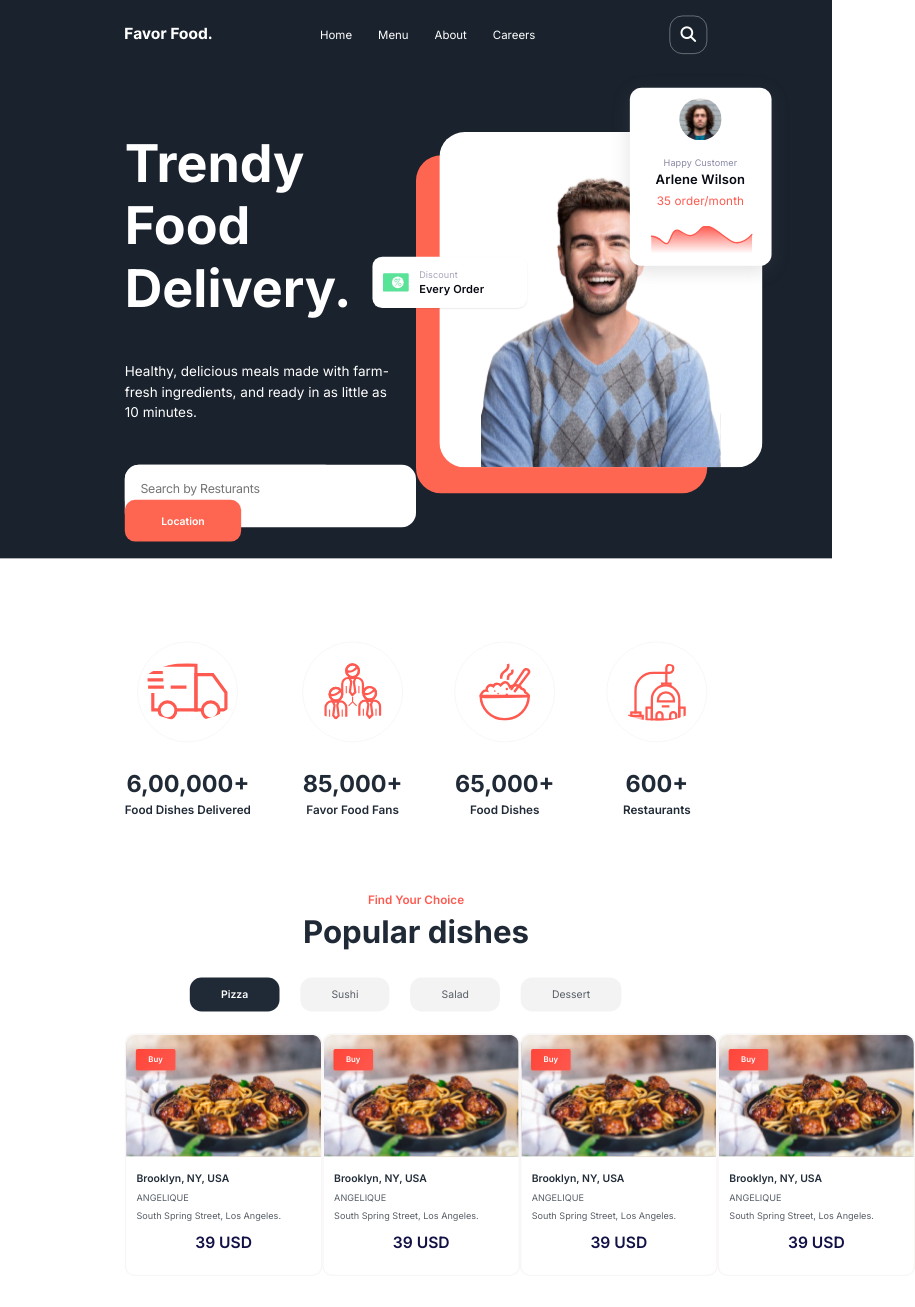
Repository: badhon252/favor-food
Page: index.html
An editor plug-in stored every save of this project. The page is shown before and after the next save, followed by the edit.
The browser window is 1280 px wide. The page is 1408 px wide, then 1280 px, so the pictures cover 1408 px, including what lies to the right of the window. The pictures show the whole page, at 65% of full size.
The style sheet was rebuilt from its Sass, Less or Tailwind sources for each picture, by a compiler version that may differ from the author's.

Above is the page before, as saved 2022-09-12 18:33:59.

### index.html
<!DOCTYPE html>
<html lang="en">

<head>
    <meta charset="UTF-8">
    <meta http-equiv="X-UA-Compatible" content="IE=edge">
    <meta name="viewport" content="width=device-width, initial-scale=1.0">
    <!-- fontawesome cdn link  -->
    <link rel="stylesheet" href="https://cdnjs.cloudflare.com/ajax/libs/font-awesome/6.2.0/css/all.min.css">
    <!-- custom css  -->
    <link rel="stylesheet" href="scss/style.css">

    <title>Favor-Food</title>
</head>

<body>
    <header class="">
        <div class="container">

            <nav>
                <div class="navbar-brand">
                    <img src="./images/logo.svg" alt="">
                </div>
                <ul class="nav">
                    <li><a href="">Home</a></li>
                    <li><a href="">Menu</a></li>
                    <li><a href="">About</a></li>
                    <li><a href="">Careers</a></li>
                </ul>

                <div class="search-icon">
                    <i class="fa-solid fa-magnifying-glass"></i>
                </div>
            </nav>

            <div class="header-content my-2">
                <div class="row">


                    <div class="col-md-6">
                        <h1>Trendy Food <br> Delivery.</h1>
                        <p class="my-5">Healthy, delicious meals made with farm- <br> fresh ingredients, and ready in as
                            little as <br>
                            10 minutes.
                        </p>
                        <form action="">
                            <input type="text" id="location" placeholder="Search by Resturants">
                            <label for="location">Location</label>
                        </form>
                    </div>
                    <div class="col-md-6">
                        <div class="card my-3">

                            <img src="./images/image 624.svg" class="header-main-img" alt="">

                            <div class="discount-card">
                                <img src="./images/Group 4347.svg" alt="">
                                <div class="discount">
                                    <h4>Discount</h4>
                                    <h2>Every Order</h2>
                                </div>
                            </div>
                            <div class="profile-card">
                                <img src="./images/Group 2738.svg" alt="">
                                <h4>Happy Customer</h4>
                                <h3>Arlene Wilson</h3>
                                <h2>35 order/month</h2>
                                <img src="./images/Group 2811.svg" alt="">
                            </div>
                        </div>
                    </div>
                </div>
            </div>
        </div>
    </header>

    <div class="second-section">
        <div class="row container">
            <div class="col-md-3">
                <img src="./images/Group 4321.svg" alt="" class="my-2 py-2">
                <h2>6,00,000+</h2>
                <h3>Food Dishes Delivered</h3>
            </div>
            <div class="col-md-3">
                <img src="./images/Group 4328.svg" alt="" class="my-2 py-2">
                <h2>85,000+</h2>
                <h3>Favor Food Fans</h3>
            </div>
            <div class="col-md-3">
                <img src="./images/Group 4323.svg" alt="" class="my-2 py-2">
                <h2>65,000+</h2>
                <h3>Food Dishes</h3>
            </div>
            <div class="col-md-3">
                <img src="./images/Group 4324.svg" alt="" class="my-2 py-2">
                <h2>600+</h2>
                <h3>Restaurants</h3>
            </div>
        </div>
    </div>

    <section class="third-section container">
        <h3>Find Your Choice</h3>
        <h2>Popular dishes</h2>
        <nav class="my-3">
            <ul>
                <li><a href="" class="active-btn btn">Pizza</a></li>
                <li><a href="" class="btn">Sushi</a></li>
                <li><a href="" class="btn">Salad</a></li>
                <li><a href="" class="btn">Dessert</a></li>
            </ul>
        </nav>

        <div class="food-items">
            <div class="row">

                <div class="col-md-4 card">
                    <div class="card-header">
                        <img src="./images/Rectangle 3.svg" alt="">
                        <div class="card-tag btn">Buy</div>
                    </div>
                    <div class="card-body">
                        <h4>Brooklyn, NY, USA</h4>
                        <h5>ANGELIQUE</h5>
                        <h6>South Spring Street, Los Angeles.</h6>
                        <span class="price">39 USD</span>
                    </div>
                </div>

                <div class="col-md-4 card">
                    <div class="card-header">
                        <img src="./images/Rectangle 3.svg" alt="">
                        <div class="card-tag btn">Buy</div>
                    </div>
                    <div class="card-body">
                        <h4>Brooklyn, NY, USA</h4>
                        <h5>ANGELIQUE</h5>
                        <h6>South Spring Street, Los Angeles.</h6>
                        <span class="price">39 USD</span>
                    </div>
                </div>

                <div class="col-md-4 card">
                    <div class="card-header">
                        <img src="./images/Rectangle 3.svg" alt="">
                        <div class="card-tag btn">Buy</div>
                    </div>
                    <div class="card-body">
                        <h4>Brooklyn, NY, USA</h4>
                        <h5>ANGELIQUE</h5>
                        <h6>South Spring Street, Los Angeles.</h6>
                        <span class="price">39 USD</span>
                    </div>
                </div>

                <div class="col-md-4 card">
                    <div class="card-header">
                        <img src="./images/Rectangle 3.svg" alt="">
                        <div class="card-tag btn">Buy</div>
                    </div>
                    <div class="card-body">
                        <h4>Brooklyn, NY, USA</h4>
                        <h5>ANGELIQUE</h5>
                        <h6>South Spring Street, Los Angeles.</h6>
                        <span class="price">39 USD</span>
                    </div>
                </div>

            </div>
        </div>
    </section>
</body>

</html>

### scss/style.scss
@import url("https://fonts.googleapis.com/css2?family=Inter:wght@400;600;700;800;900&display=swap");
* {
  margin: 0%;
  padding: 0;
  box-sizing: border-box;
  font-family: "Inter", sans-serif;
}

.container {
  margin: 0 12rem;
}
.row {
  display: flex;
  align-items: center;
  justify-content: space-between;
  max-width: 100%;
  .col-md-6 {
    max-width: 50%;
  }
}
h1 {
  font-weight: 700;
  font-size: 5rem;
  line-height: 96px;
}
.my-2 {
  margin: 2rem 0;
}
.my-3 {
  margin: 3rem 0;
}
.my-4 {
  margin: 4rem 0;
}
.my-5 {
  margin: 5rem 0;
}
.my-5 {
  margin: 5rem 0;
}
.my-6 {
  margin: 6rem 0;
}
.btn {
  outline: none;
  border: none;
  padding: 15px 30px;
}
.py-1 {
  padding: 1rem 0;
}
.py-2 {
  padding: 2rem 0;
}
.py-3 {
  padding: 3rem 0;
}
.py-4 {
  padding: 4rem 0;
}
//==========
//=========
// =======
header {
  background-color: #1a222d;
  color: #fff;
  nav {
    display: flex;
    justify-content: space-between;
    align-items: center;
    padding: 1.5rem 0;
    ul {
      display: flex;
      li {
        list-style-type: none;
        a {
          text-decoration: none;
          color: #fff;
          margin-right: 2.5rem;
          font-size: 1.1rem;
          font-weight: 500;
        }
      }
    }

    .search-icon {
      color: #fff;
      border: 1px solid rgba(255, 255, 255, 0.521);
      border-radius: 50%;
      padding: 1rem;
      border-radius: 20px;
      cursor: pointer;
      &:hover {
        opacity: 1;
      }
      i {
        font-size: 1.5rem;
      }
    }
  }

  .header-content {
    min-height: 80vh;
    padding: 3rem 0;
    h1 {
      margin: 1rem 0;
    }
    p {
      font-size: 1.3rem;
      font-weight: 500;
      margin: 4rem 0;
      line-height: 32px;
    }
    form {
      display: inline-block;
      border-radius: 22px;
      background: #ffffff;
      input {
        padding: 1.5rem;
        font-size: 19px;
        line-height: 28px;
        letter-spacing: -0.02em;
        outline: none;
        border: none;
        color: #b1b1b1;
        border-radius: 22px;
      }
      label {
        background: #ff6652;
        border-radius: 16px;
        padding: 1.4rem 3.5rem;
        margin-right: 0.6rem;
        cursor: pointer;
        font-weight: 600;
      }
    }

    .card {
      background: #ff6652;
      border-radius: 39px;
      // padding: 0 4rem;
      position: relative;
      .header-main-img {
        background-color: #fff;
        padding: 0 4rem;
        border-radius: 39px;
        position: relative;
        margin-left: 8%;
        margin-bottom: 8%;
        margin-top: -8%;
        transition: 0.4s;
        &:hover {
          margin-top: 0%;
          margin-left: 0%;
          margin-bottom: 0%;
        }

        // padding-left: 3rem;
        // &:hover {
        //   margin: -2rem -2rem auto auto;
        // }
      }

      .discount-card {
        position: absolute;
        top: 30%;
        left: -15%;
        background-color: #fff;
        color: #000;
        padding: 1rem;
        display: flex;
        border-radius: 15px;
        width: 238px;
        box-shadow: rgba(0, 0, 0, 0.1) 0px 1px 2px 0px;

        img {
          margin-right: 1rem;
        }
        h4 {
          font-weight: 400;
          font-size: 14px;
          line-height: 21px;
          letter-spacing: 0.01em;
          color: #a6a6bb;
        }
        h2 {
          font-weight: 600;
          font-size: 17px;
          line-height: 26px;
          letter-spacing: 0.01em;
          color: #070a13;
        }
      }
      .profile-card {
        position: absolute;
        top: -20%;
        right: -22%;
        width: 218px;
        height: 274px;
        background-color: #fff;
        border-radius: 18px;
        color: #000;
        padding: 0 2rem;
        text-align: center;
        box-shadow: rgba(100, 100, 111, 0.2) 0px 7px 29px 0px;
        img {
          margin: 1rem 0;
        }
        h4 {
          font-weight: 500;
          font-size: 14px;
          line-height: 16px;
          text-align: center;
          letter-spacing: 0.01em;
          color: #8888a5;
          margin: 0.4rem 0;
        }
        h3 {
          font-weight: 600;
          font-size: 20px;
          line-height: 23px;
          letter-spacing: 0.01em;
          color: #070a13;
        }
        h2 {
          font-weight: 500;
          font-size: 18px;
          line-height: 21px;
          letter-spacing: 0.01em;
          color: #fe5a50;
          margin: 0.7rem 0;
        }
      }
    }
  }
}

.second-section {
  padding: 4rem 0;
  text-align: center;
  img {
    border-radius: 50%;
    width: 155px;
    height: 155px;

    background: #ffffff;
    border: 1px solid #f3f3f3;
    &:hover {
      box-shadow: rgba(0, 0, 0, 0.1) 0px 20px 25px -5px,
        rgba(0, 0, 0, 0.04) 0px 10px 10px -5px;
    }
  }
  h2 {
    font-weight: 700;
    font-size: 36px;
    line-height: 54px;
    text-align: center;
    color: #202a36;
  }
  h3 {
    font-weight: 600;
    font-size: 18px;
    line-height: 27px;
    text-align: center;
    color: #202a36;
  }
}

.third-section {
  padding: 3rem 0;
  h3 {
    font-weight: 600;
    font-size: 18px;
    line-height: 27px;
    text-align: center;
    color: #fe5a50;
  }
  h2 {
    font-weight: 700;
    font-size: 48px;
    line-height: 72px;
    text-align: center;
    color: #202a36;
  }
  nav {
    ul {
      display: flex;
      align-items: center;
      justify-content: center;
      li {
        list-style: none;
        margin-right: 2rem;
        a {
          font-weight: 500;
          text-decoration: none;
          font-size: 1rem;
          line-height: 24px;
          text-align: center;
          color: #575e66;
          background: #f3f3f3;
          border-radius: 18px;
          padding: 1rem 3rem;
        }
        .active-btn {
          background: #202a36;
          border-radius: 18px;
          color: #fff;
          font-weight: 600;
        }
      }
    }
  }

  .food-items {
    .card {
      background: #ffffff;
      border: 2px solid #f8f5f5;
      border-radius: 15px;
      position: relative;
      .card-tag {
        background: linear-gradient(116.88deg, #ff4539 -4.28%, #fe5a50 112.69%);
        box-shadow: 0px 4px 8px rgba(205, 71, 41, 0.26);
        border-radius: 3px;
        position: absolute;
        top: 6%;
        left: 5%;
        padding: 0.5rem 1.2rem;
        font-weight: 600;
        font-size: 12px;
        line-height: 140%;
        /* identical to box height, or 17px */

        text-align: center;

        color: #ffffff;
      }
    }
    h4 {
      font-weight: 600;
      font-size: 16px;
      line-height: 24px;
      color: #242e3a;
    }
    h5 {
      font-weight: 400;
      font-size: 14px;
      line-height: 140%;
      color: #575e66;
      margin: 0.5rem 0;
    }
    h6 {
      font-weight: 400;
      font-size: 14px;
      line-height: 140%;
      color: #575e66;
    }
    .price {
      font-weight: 600;
      font-size: 24px;
      line-height: 140%;
      text-align: center;
      color: #121146;
      text-align: center;
      display: block;
      padding: 1rem 0;
    }
    .card-body {
      padding: 1rem;
    }
  }
}

After the next save:
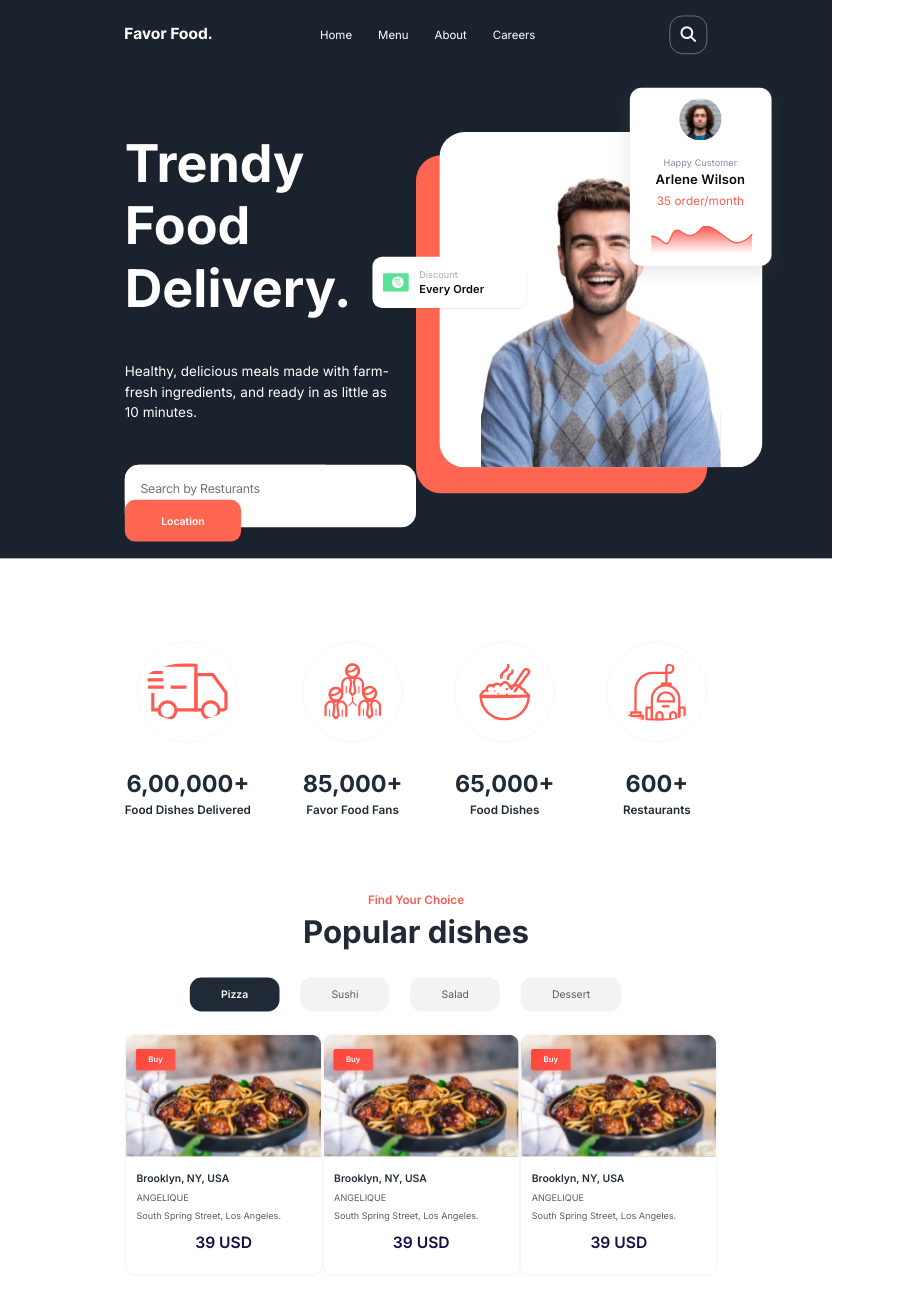
Saved 5 s later.
--- a/index.html
+++ b/index.html
@@ -153,19 +153,6 @@
                     </div>
                 </div>
 
-                <div class="col-md-4 card">
-                    <div class="card-header">
-                        <img src="./images/Rectangle 3.svg" alt="">
-                        <div class="card-tag btn">Buy</div>
-                    </div>
-                    <div class="card-body">
-                        <h4>Brooklyn, NY, USA</h4>
-                        <h5>ANGELIQUE</h5>
-                        <h6>South Spring Street, Los Angeles.</h6>
-                        <span class="price">39 USD</span>
-                    </div>
-                </div>
-
             </div>
         </div>
     </section>
